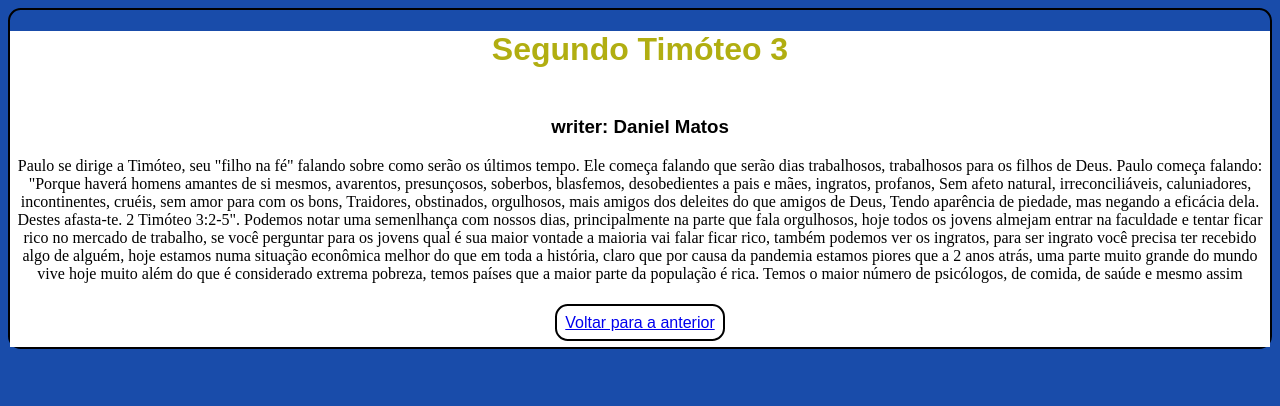
Repository: batmit/FutureFundation.github.io-1
Page: menu/articles/cristianism/importantchapters/2timóteo3.html
These files come from the project's save history. The page is drawn as it stood at one moment and after the next save; the edit follows.
The browser window is 1280 px wide. The pictures show the whole page.

Above is the page before, as saved 2021-07-12 15:33:51.

After the next save:
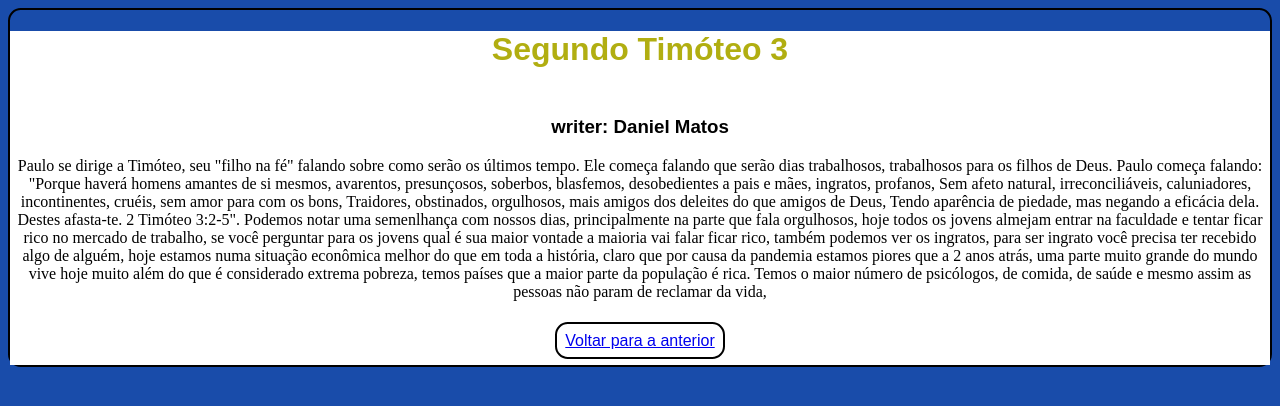
Saved 8 s later.
--- a/menu/articles/cristianism/importantchapters/2timóteo3.html
+++ b/menu/articles/cristianism/importantchapters/2timóteo3.html
@@ -18,7 +18,7 @@
             Sem afeto natural, irreconciliáveis, caluniadores, incontinentes, cruéis, sem amor para com os bons,
             Traidores, obstinados, orgulhosos, mais amigos dos deleites do que amigos de Deus,
             Tendo aparência de piedade, mas negando a eficácia dela. Destes afasta-te.
-            2 Timóteo 3:2-5". Podemos notar uma semenlhança com nossos dias, principalmente na parte que fala orgulhosos, hoje todos os jovens almejam entrar na faculdade e tentar ficar rico no mercado de trabalho, se você perguntar para os jovens qual é sua maior vontade a maioria vai falar ficar rico, também podemos ver os ingratos, para ser ingrato você precisa ter recebido algo de alguém, hoje estamos numa situação econômica melhor do que em toda a história, claro que por causa da pandemia estamos piores que a 2 anos atrás, uma parte muito grande do mundo vive hoje muito além do que é considerado extrema pobreza, temos países que a maior parte da população é rica. Temos o maior número de psicólogos, de comida, de saúde e mesmo assim </p>
+            2 Timóteo 3:2-5". Podemos notar uma semenlhança com nossos dias, principalmente na parte que fala orgulhosos, hoje todos os jovens almejam entrar na faculdade e tentar ficar rico no mercado de trabalho, se você perguntar para os jovens qual é sua maior vontade a maioria vai falar ficar rico, também podemos ver os ingratos, para ser ingrato você precisa ter recebido algo de alguém, hoje estamos numa situação econômica melhor do que em toda a história, claro que por causa da pandemia estamos piores que a 2 anos atrás, uma parte muito grande do mundo vive hoje muito além do que é considerado extrema pobreza, temos países que a maior parte da população é rica. Temos o maior número de psicólogos, de comida, de saúde e mesmo assim as pessoas não param de reclamar da vida, </p>
 
         <a href="/menu/articles/cristianism/chaptersimportant.html">Voltar para a anterior</a>
     </div>
